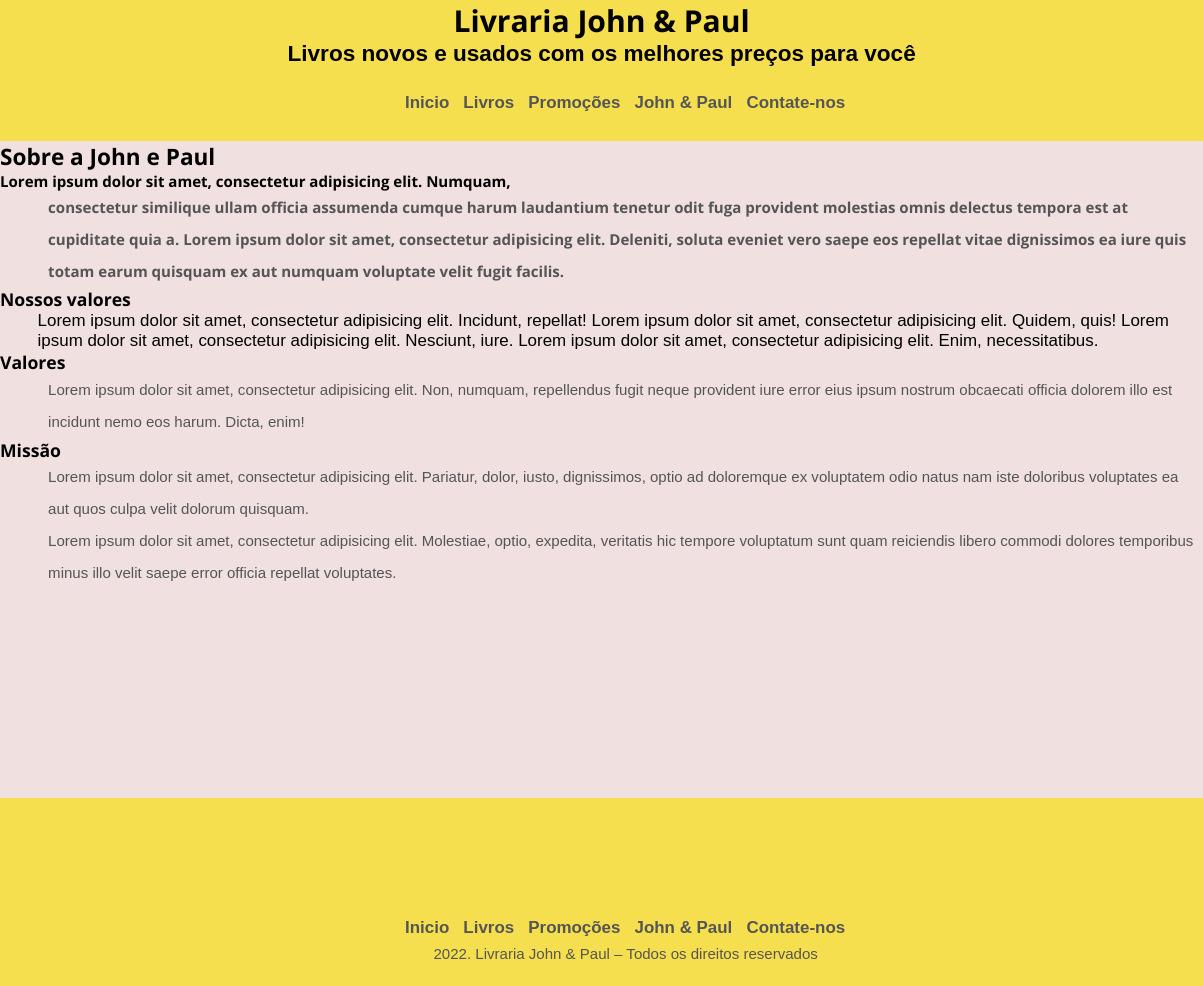
Repository: MarcoantonioCaldeira/Site-livraria-John-e-Paul
Page: sobre.html
These files come from the project's save history. The page is drawn as it stood at one moment and after the next save; the edit follows.
The browser window is 1280 px wide. The pictures show the whole page, at 94% of full size.

Above is the page before, as saved 2022-09-25 10:14:02.

### sobre.html
<!doctype html>
<html dir="ltr" lang="pt-BR">
<head>
   <meta name="viewport" content="width=device-width, initial-scale=1.0">

   <title>Meu Primeiro Projeto</title>
   <link rel="stylesheet" href="css/estilo.css">
</head>
<body>
<header id="topo">
   <h1 class="center"> Livraria John & Paul</h1>
   <h2 class="center">Livros novos e usados com os melhores preços para você</h2>
</header>
<nav id="menu-sobre">
   <ul>
      <li><a href="index.html">Inicio</a></li>
      <li><a href="produtos.html">Livros</a></li>
      <li><a href="#">Promoções</a></li>
      <li><a href="sobre.html">John & Paul</a></li>
      <li><a href="contato.html">Contate-nos</a></li>
   </ul>
</nav>
<section class="sobre">
   <h1>Sobre a John e Paul</h1>

   <h4>Lorem ipsum dolor sit amet, consectetur adipisicing elit. Numquam,<p>
   consectetur similique ullam officia assumenda cumque harum laudantium tenetur
   odit fuga provident molestias omnis delectus tempora est at cupiditate quia a.
   Lorem ipsum dolor sit amet, consectetur adipisicing elit. Deleniti,
   soluta eveniet vero saepe eos repellat vitae dignissimos ea iure quis
   totam earum quisquam ex aut numquam voluptate velit fugit facilis.</h4>


   <h3>Nossos valores</h3>
   <ul>
      <li>Lorem ipsum dolor sit amet, consectetur adipisicing elit. Incidunt, repellat!</li>
      <li>Lorem ipsum dolor sit amet, consectetur adipisicing elit. Quidem, quis!</li>
      <li>Lorem ipsum dolor sit amet, consectetur adipisicing elit. Nesciunt, iure.</li>
      <li>Lorem ipsum dolor sit amet, consectetur adipisicing elit. Enim, necessitatibus.</li>
   </ul>
   <h3>Valores</h3>
   <p>Lorem ipsum dolor sit amet, consectetur adipisicing elit. Non, numquam, repellendus fugit neque provident iure error eius ipsum nostrum obcaecati officia dolorem illo est incidunt nemo eos harum. Dicta, enim!</p>
   <h3>Missão</h3>
   <p>Lorem ipsum dolor sit amet, consectetur adipisicing elit. Pariatur, dolor, iusto, dignissimos, optio ad doloremque ex voluptatem odio natus nam iste doloribus voluptates ea aut quos culpa velit dolorum quisquam.</p>
   <p>Lorem ipsum dolor sit amet, consectetur adipisicing elit. Molestiae, optio, expedita, veritatis hic tempore voluptatum sunt quam reiciendis libero commodi dolores temporibus minus illo velit saepe error officia repellat voluptates.</p>
</section>

<footer id="rodape">
   <ul class="ul_rodape">
      <li><a href="index.html">Inicio</a></li>
      <li><a href="produtos.html">Livros</a></li>
      <li><a href="#">Promoções</a></li>
      <li><a href="sobre.html">John & Paul</a></li>
      <li><a href="contato.html">Contate-nos</a></li>
   </ul>
   <p>2022. Livraria John & Paul – Todos os direitos reservados</p>
</footer>
</body>
</html>

### css/estilo.css
/* Import font from google */
@import url(http://fonts.googleapis.com/css?family=Open+Sans:400,300,700);

*{
   margin: 0;
}


body{
   background-color:  rgb(240, 224, 224);
   font-family: sans-serif;
   margin: 0;
   padding: 0;
}
h1,h3,h4,h5,h6{
   font-family: 'Open Sans', sans-serif;
}

.h2_destaque{
   margin-left: 45%;
   margin-top: 5%;
   color:#555;
   font-family: 'Open Sans', sans-serif;
}

#topo{
   background-color: #f5df4e;
   width: 100%;
   height:150px;
   margin:0 auto;
}

.destaques{
   background-color: rgb(240, 224, 224);
   width: 100%;
   height:1300px;
}


#menu{
   width:50%;
   text-align: center;
   margin-top: 2%;
   margin-left: 25%;
   height:50px;
}

a{
   font-weight:600;
   text-decoration: none;
   margin-left: 10px;
   font-family: arial;
   color:#555;
}

#menu li{
   display:inline;
}
.destaques li{
   width: 50%;
   float: left;
   text-align: center;
   list-style: none;
   padding: 20px 0;
}

ul{
   font-size: 18px;
}


.ul_rodape{
   margin-top: 10%;
}

.destaques li strong{
   width: 100%;
   display: block;
}
.center{
   text-align: center;
}


form fieldset{
   border: none;
}
form legend{
   text-transform: uppercase;
   font-size: 1.2em;
   padding: 0;
   width: 100%;
   border-bottom: 1px solid #555;
}
form label, form input:not([type=checkbox]), form select, form textarea{
   width: 100%;
}
form div{
   width: 48%;
   margin: 0 1%;
   height: 180px;
   float: left;
}
button{
   padding: 10px 20px;
   background-color: blue;
   color: #fff;
   border: none;
   -webkit-border-radius: 5px;
   -moz-border-radius: 5px;
   border-radius: 5px;
}
#rodape{
   width: 100%;
   height: 200px;
   background-color:  #f5df4e;
   color: #ccc;
   float: left;
   text-align: center;
}

p{
   color: #555;
   line-height: 34px;
   margin-left: 4%;
}

li {
   display: inline;
}

/*Produtos*/
#menu-produtos{
   width:50%;
   text-align: center;
   margin-top: -4%;
   margin-left: 25%;
   height:50px;
}

.produtos{

   height:600px;
}

table{
   position: relative;
   margin-left: 27%;
   top: 20%;
   background-color:rgb(240, 224, 224);
   border-radius: 5px;
   border: 1px solid #555;
}

tr, td{
   border: 1px solid #555;
}


/*Sobre*/

#menu-sobre{
   width:50%;
   text-align: center;
   margin-top: -4%;
   margin-left: 25%;
   height:50px;
}

.sobre{
   width: 100%;
   height:700px;
}








@media  screen and (max-width: 750px){


   #main-menu {
      display: none;
    }
    #hamburger-menu {
      display: inline;
    }

   h2.center, h1.center{
      font-size: 19px;
      color: blue;
   }

   h2.h2_destaque{
      margin-left: 40%;
   }

   ul#ul_rodape{
      color: red;
   }

   p{
      color: black;
      margin-top: 20%;
      margin-left: 4%;
   }

}

After the next save:
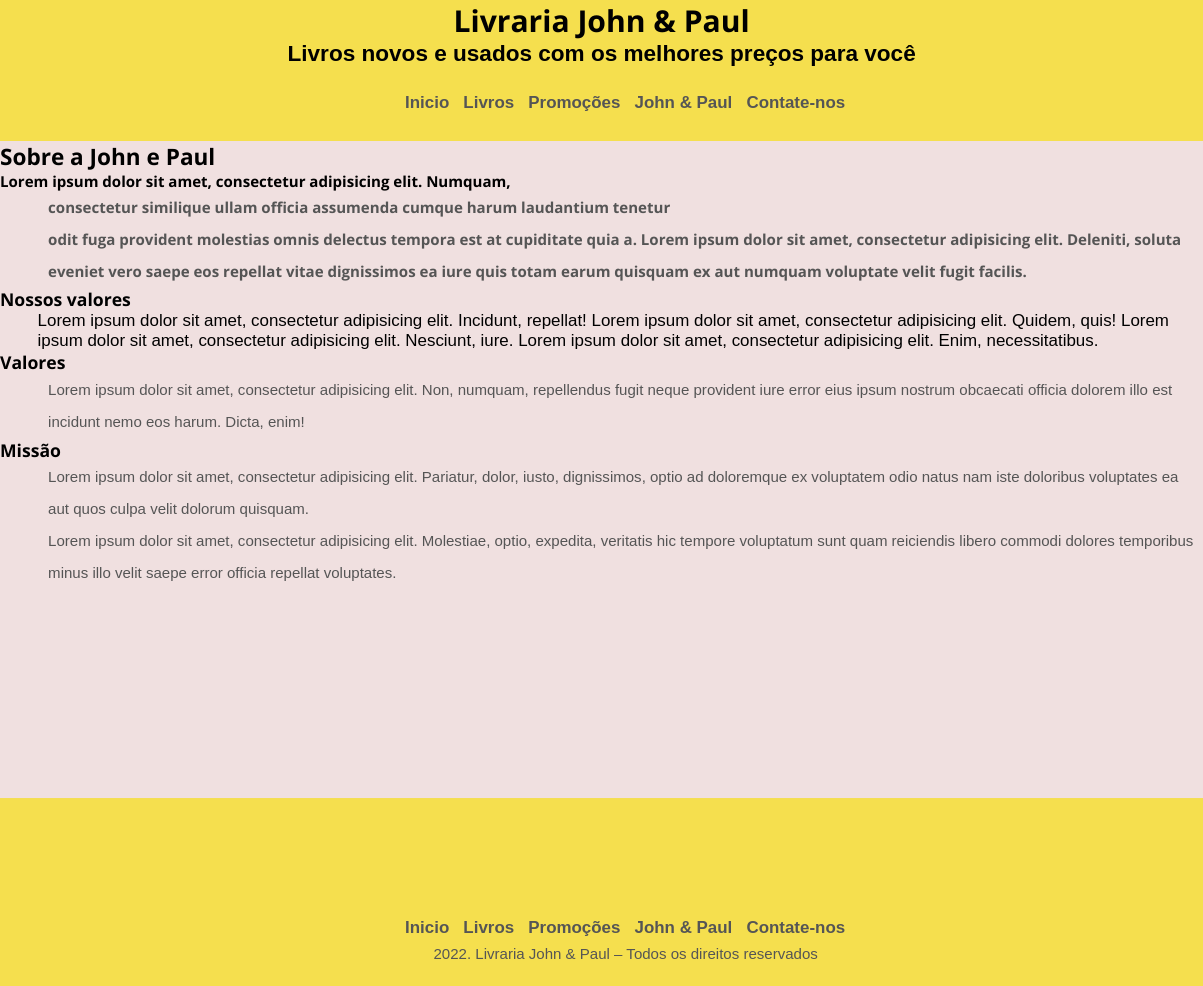
Saved 12 s later.
--- a/sobre.html
+++ b/sobre.html
@@ -24,7 +24,7 @@
    <h1>Sobre a John e Paul</h1>
 
    <h4>Lorem ipsum dolor sit amet, consectetur adipisicing elit. Numquam,<p>
-   consectetur similique ullam officia assumenda cumque harum laudantium tenetur
+   consectetur similique ullam officia assumenda cumque harum laudantium tenetur<p>
    odit fuga provident molestias omnis delectus tempora est at cupiditate quia a.
    Lorem ipsum dolor sit amet, consectetur adipisicing elit. Deleniti,
    soluta eveniet vero saepe eos repellat vitae dignissimos ea iure quis

After the save that followed:
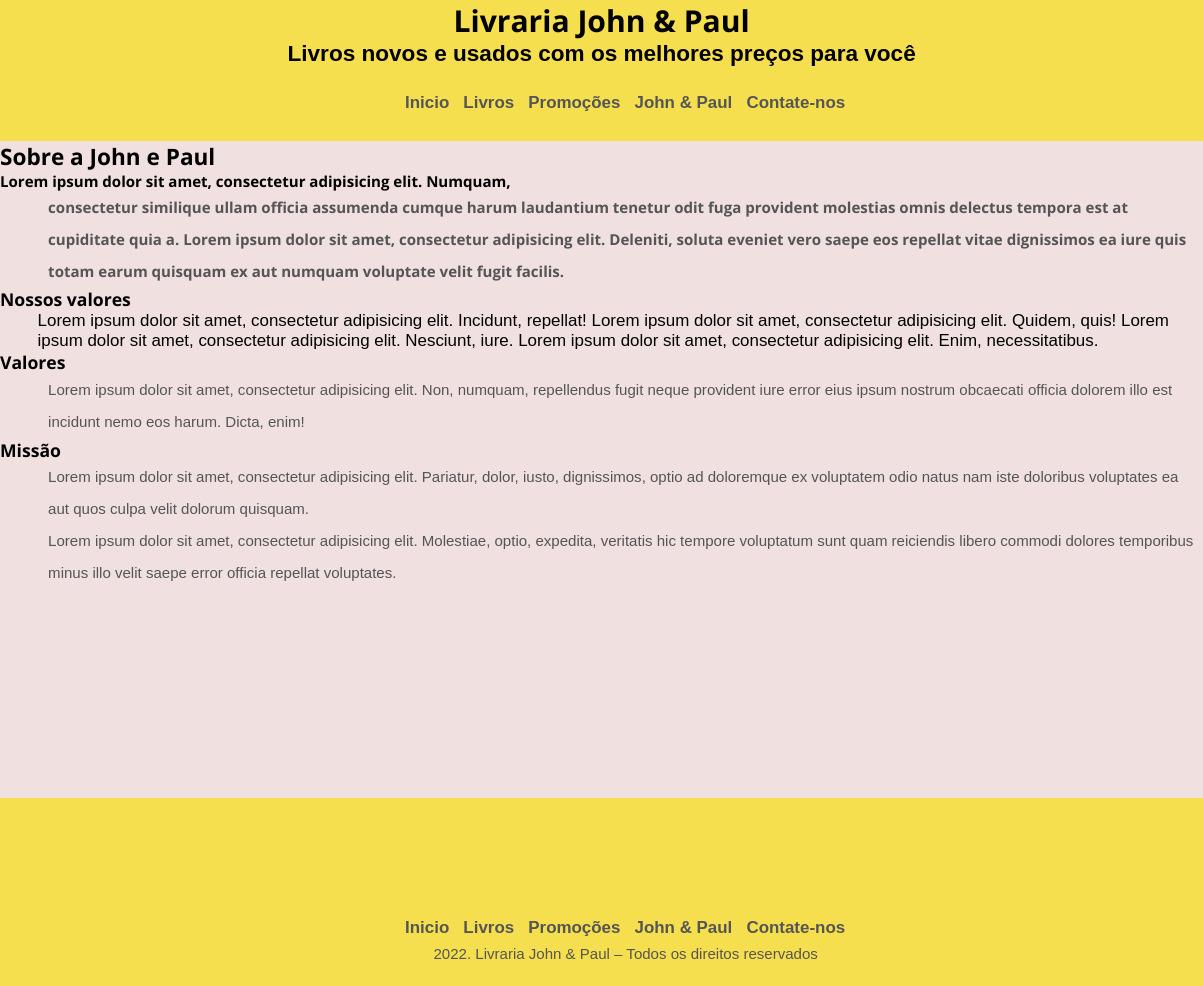
Saved 12 s later.
--- a/sobre.html
+++ b/sobre.html
@@ -24,7 +24,7 @@
    <h1>Sobre a John e Paul</h1>
 
    <h4>Lorem ipsum dolor sit amet, consectetur adipisicing elit. Numquam,<p>
-   consectetur similique ullam officia assumenda cumque harum laudantium tenetur<p>
+      <p>consectetur similique ullam officia assumenda cumque harum laudantium tenetur
    odit fuga provident molestias omnis delectus tempora est at cupiditate quia a.
    Lorem ipsum dolor sit amet, consectetur adipisicing elit. Deleniti,
    soluta eveniet vero saepe eos repellat vitae dignissimos ea iure quis
